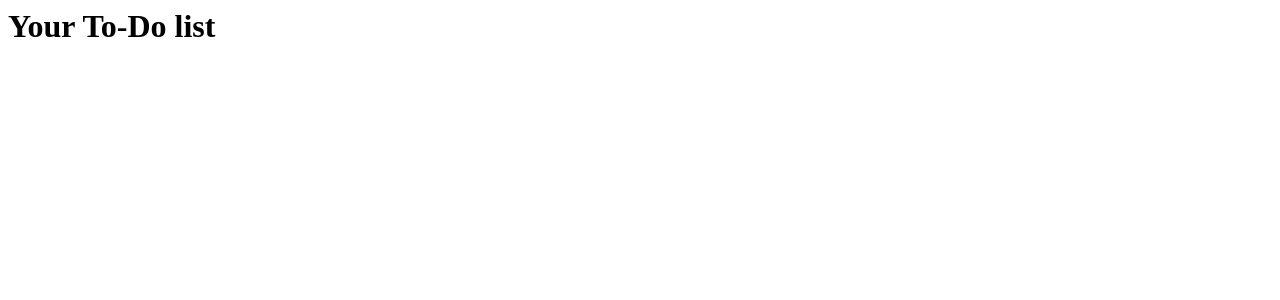
Repository: jh901011/superlists
Page: django_program/superlists/lists/templates/home.html
The author's editor kept a copy of each file at every save. The page is drawn from the files as they stood at one save, then again after the next save.
The browser window is 1280 px wide. The pictures show the whole page.

Above is the page before, as saved 2017-02-04 07:06:27.

### django_program/superlists/lists/templates/home.html
<html>
	<head>
		<title>To-Do lists</title>
	</head>
	<body>
		<h1>Your To-Do list</h1>
	</body>
</html>

After the next save:
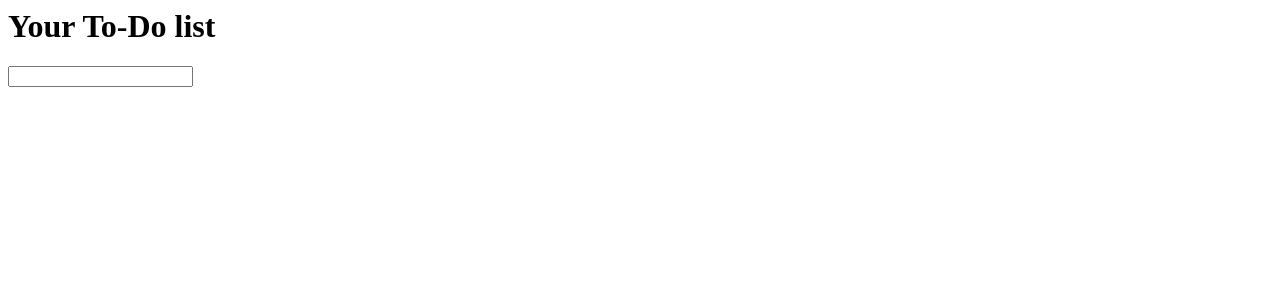
Saved 7 min 57 s later.
--- a/django_program/superlists/lists/templates/home.html
+++ b/django_program/superlists/lists/templates/home.html
@@ -4,5 +4,6 @@
 	</head>
 	<body>
 		<h1>Your To-Do list</h1>
+		<input id='id_new_item' />
 	</body>
 </html>
